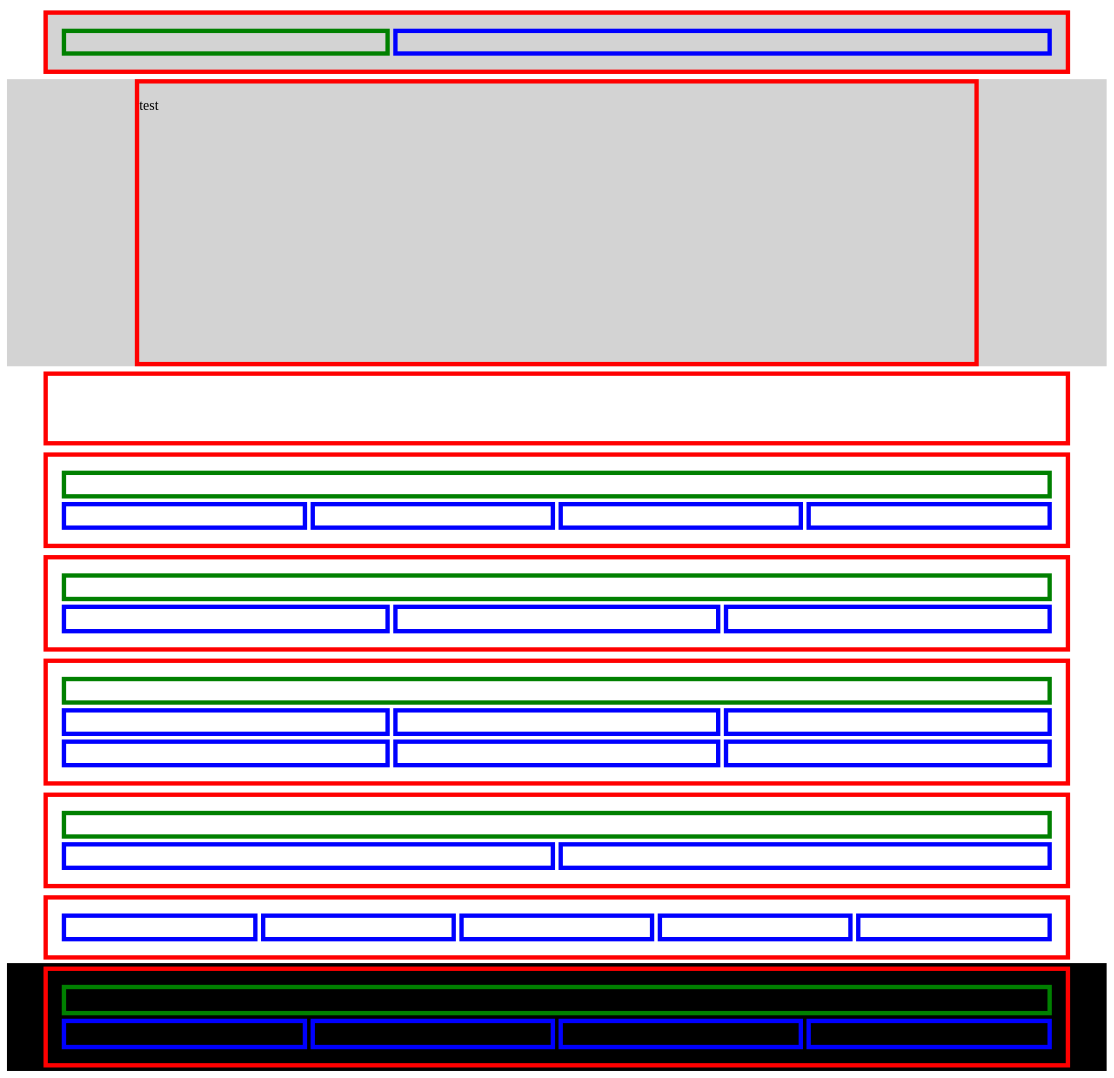
Repository: anderscederberg11/LAB2BG
Page: index.html
An editor plug-in stored every save of this project. The page is shown before and after the next save, followed by the edit.
The browser window is 1280 px wide. The pictures show the whole page, at 87% of full size.

Above is the page before, as saved 2024-01-30 23:02:23.

### index.html
<!doctype html>
<html class="no-js" lang="en">

<head>
  <meta charset="utf-8">
  <meta name="viewport" content="width=device-width, initial-scale=1">
  <title>Sebastians Wonderful Website</title>
  <link rel="stylesheet" href="css/style.css">
  <meta name="description" content="sebastians website">
  <meta property="og:title" content="Sebastians Wonderful Website">
  <meta property="og:type" content="website">
  <meta property="og:url" content="https://www.SebastianWebsite.com">
  <!--<meta property="og:image" content=""> -->

  <link rel="icon" href="/favicon.ico" sizes="any">
  <link rel="icon" href="/icon.svg" type="image/svg+xml">
  <link rel="apple-touch-icon" href="icon.png">

</head>
    <body class="displayContainer">

        <header class="headerContainer">
            <div class="headerTitleContainer">
                <h1 class="title"></h1>
            </div>
            <div class="headerImageContainer"></div>
        </header>

        <div class="sectionOne">
            <div class="sectionOneImage">
                <div class="sectionOneList">
                    <p>test</p>
                </div>
                <!-- image -->
            </div>
        </div>

        <div class="sectionTwo">
            <h1 class="title"></h1>
        </div>

        <div class="sectionThree">
            <div class="headerSectionThree">
                <h2 class="secondHeader"></h2>
                <h5 class="subHeader"></h5>
            </div>
            <div class="card"></div>
            <div class="card"></div>
            <div class="card"></div>
            <div class="card"></div>
        </div>

        <div class="sectionFour">
            <div class="headerSectionFour">
                <h2 class="secondHeader"></h2>
                <h5 class="subHeader"></h5>
            </div>
            <div class="card-special"></div>
            <div class="card"></div>
            <div class="card"></div>
        </div>

        <div class="sectionFive">
            <div class="headerSectionFive">
                <h2 class="secondHeader"></h2>
                <h5 class="subHeader"></h5>
            </div>
            <div class="card"></div>
            <div class="card"></div>
            <div class="card"></div>
            <div class="card"></div>
            <div class="card"></div>
            <div class="card"></div>
        </div>

        <div class="sectionSix">
            <div class="headerSectionSix">
                <h2 class="secondHeader"></h2>
                <h5 class="subHeader"></h5>
            </div>
            <div class="card-special"></div>
            <div class="card-special"></div>
        </div>

        <div class="sectionSeven">
            <div class="card"></div>
            <div class="card"></div>
            <div class="card"></div>
            <div class="card"></div>
            <div class="card"></div>
        </div>

        <footer class="footerContainer">
            <div class="sectionFooter">
                <div class="footerInfo"><h6></h6></div>
                <div class="footerInfoCard"><h4></h4></div>
                <div class="footerInfoCard"><h4></h4></div>
                <div class="footerInfoCard"><h4></h4></div>
                <div class="footerInfoCard"><h4></h4></div>
            </div>
        </footer>

    </body>
</html>

### css/style.css
.displayContainer{
  display:flex;
  flex-direction: column;
  align-items: center;
}

.card, .card-special {
  border: 5px solid blue;
}

.headerContainer{
  grid-template-columns: repeat(3, 1fr);
  background-color: lightgrey;
}

.headerTitleContainer{
  border: 5px solid green;
}

.headerImageContainer{
  grid-column: 2/4;
  border: 5px solid blue;
}

.sectionOne{
  display:flex;
  flex-direction: column;
  align-items: center;
  background-color: lightgrey;
  width:100%;
  border:none;
  margin:0.25vh;
}

.sectionOneList{

}

.sectionOneImage{
  width:60em;
  height:20em;
  border: 5px solid red;
}

.headerContainer, .sectionTwo, .sectionThree, .sectionFour, .sectionFive, .sectionSix, .sectionSeven, .sectionFooter{
  display:grid;
  width:90%;
  grid-gap:0.25em;
  padding:1em;
  margin:0.25em;
  border: 5px solid red;
}
.headerSectionThree, .headerSectionFour, .headerSectionFive, .headerSectionSix, .footerInfo{
  border: 5px solid green;
}

.sectionThree, .sectionFooter{
  grid-template-columns: repeat(4, 1fr);
  grid-template-rows: repeat(2, 1fr);
}

.headerSectionThree, .footerInfo{
  grid-column: span 4;
}

.sectionFour{
  grid-template-columns: repeat(3, 1fr);
  grid-template-rows: repeat(2, 1fr);
}

.headerSectionFour{
  grid-column: span 3;
}

.sectionFive{
  grid-template-columns: repeat(3, 1fr);
  grid-template-rows: repeat(3, 1fr);
}

.headerSectionFive{
  grid-column: span 3;
}

.sectionSix{
  grid-template-columns: repeat(2, 1fr);
  grid-template-rows: repeat(2, 1fr);
}

.headerSectionSix{
  grid-column: span 2;
}

.sectionSeven{
  grid-template-columns: repeat(5, 1fr);
  height:31.51px; /*REMOVE*/
}

.footerContainer{
  display:flex;
  flex-direction: column;
  align-items: center;
  width:100%;
  background-color: black;
}

.sectionFooter{

}

.footerInfo{

}

.footerInfoCard{
  border: 5px solid blue;
}

@media screen and (max-width: 40em) {
  .sectionThree, .sectionFour, .sectionFooter, .sectionFive{
    grid-template-columns: repeat(2, 1fr);
    grid-template-rows: repeat(3, 1fr);
  }

  .headerSectionThree, .footerInfo, .headerSectionFour, .sectionFour .card-special, .headerSectionFive {
    grid-column: span 2;
  }

  .sectionFive{
    grid-template-rows: repeat(4, 1fr);
  }

  .sectionSix{
    grid-template-columns: repeat(1, 1fr);
    grid-template-rows: repeat(3, 1fr);
  }

  .headerSectionSix{
    grid-column: span 1;
  }

}

After the next save:
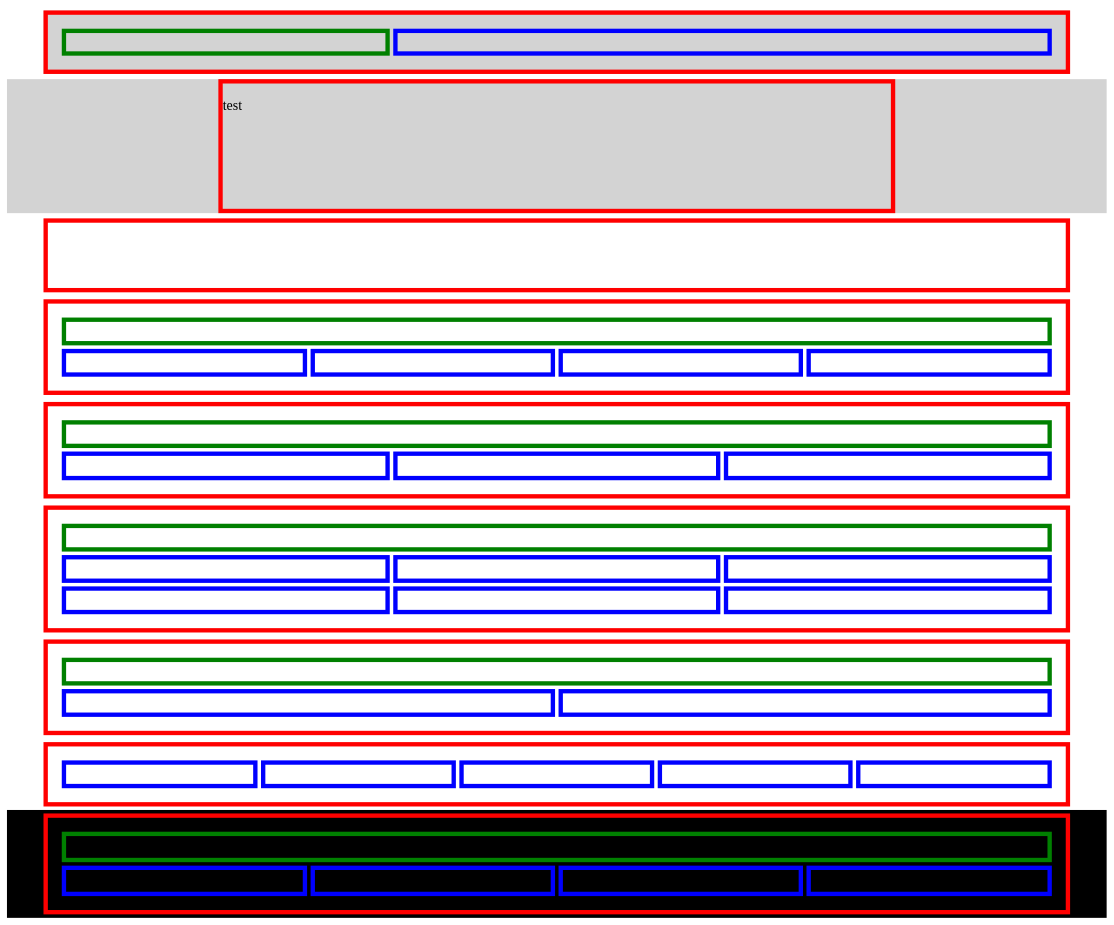
Saved 36 s later.
--- a/css/style.css
+++ b/css/style.css
@@ -37,8 +37,8 @@
 }
 
 .sectionOneImage{
-  width:60em;
-  height:20em;
+  width:60vw;
+  height:20vh;
   border: 5px solid red;
 }
 
